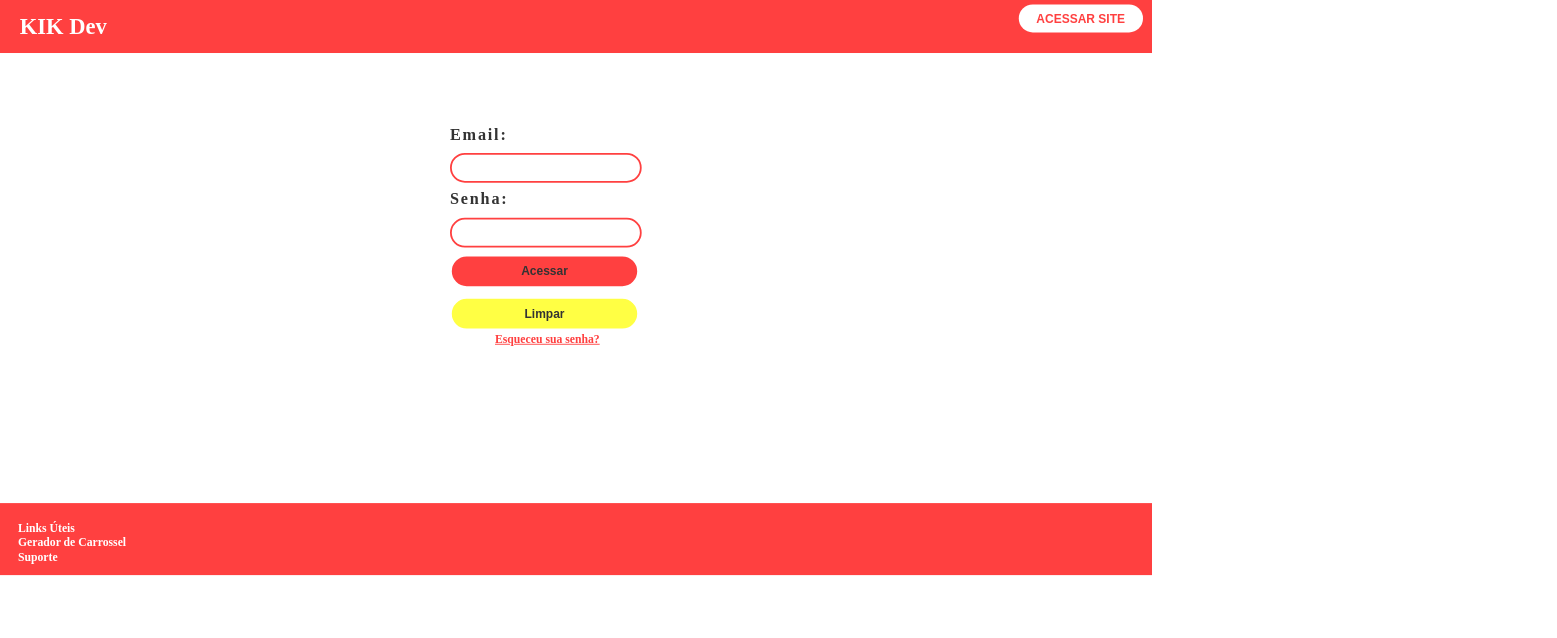
Repository: devgabrielvieira/kikdev
Page: index.html
The author's editor kept a copy of each file at every save. The page is drawn from the files as they stood at one save, then again after a run of saves.
The browser window is 1280 px wide. The page is 1280 px wide, then 1730 px, so the pictures cover 1730 px, including what lies to the right of the window. The pictures show the whole page, at 90% of full size.

Above is the page before, as saved 2022-10-30 20:46:22.

After the next 2 saves:
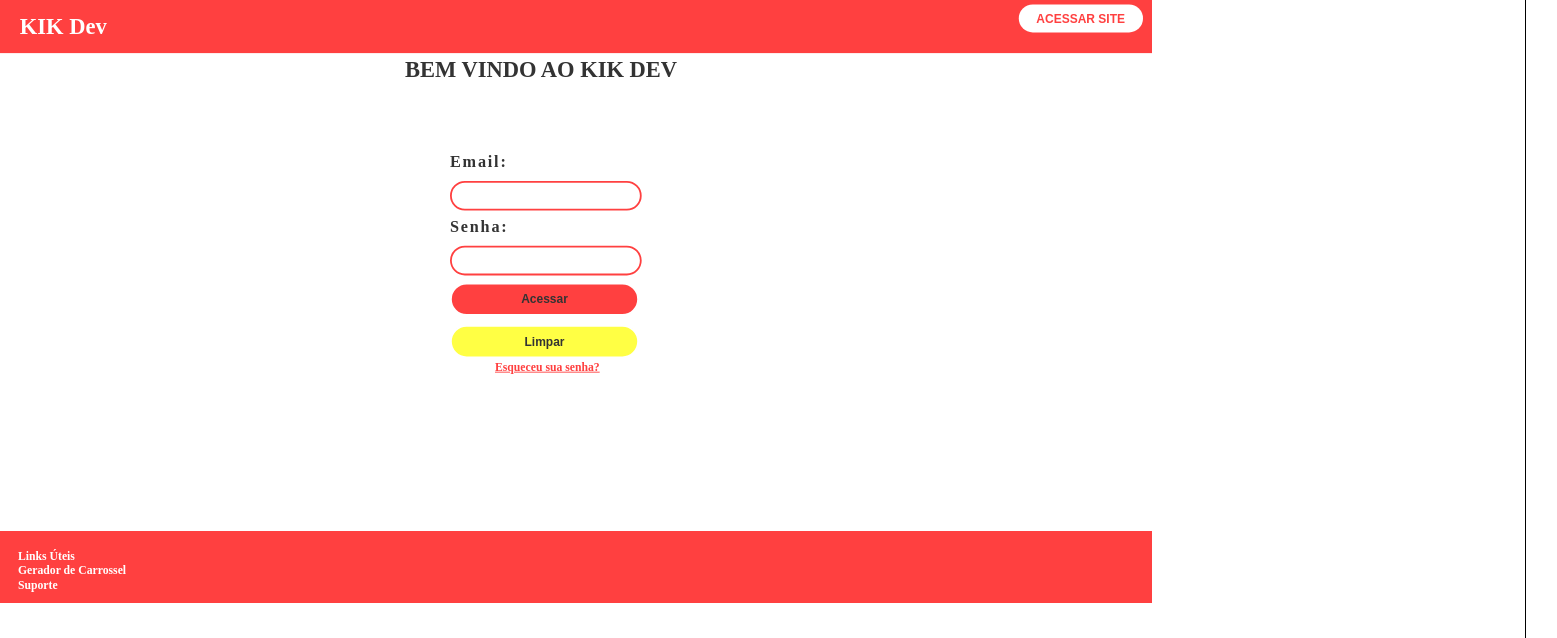
The 2 saves are shown as one change because they came seconds apart.
The last was saved 11 s later.
--- a/index.html
+++ b/index.html
@@ -21,6 +21,7 @@
         <button type="submit" name="name" class="button-right"><strong>ACESSAR SITE</strong></a></button>
 
     </div>
+    <h3>BEM VINDO AO KIK DEV</h3>
     <div class="conteudo">
         <!--abrimos a div conteúdo-->
 
